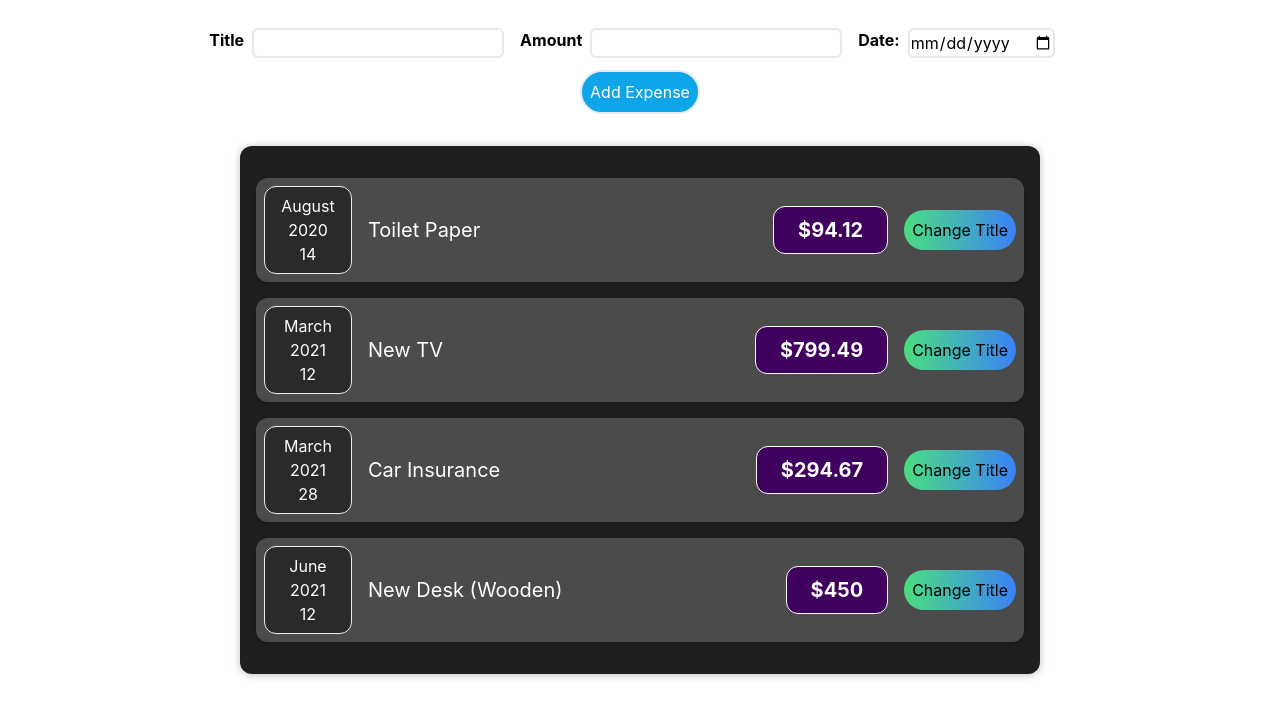
Repository: Sef24/expense-tracker
Page: /
An editor plug-in stored every save of this project. The page is shown before and after the next save, followed by the edit.
The browser window is 1280 px wide. The pictures show the whole page.
The project was rebuilt for these pictures with package versions that can differ from the ones it lists, and the page was loaded fresh each time. Also part of the build but not shown: src/components/NewExpense/NewExpense.css, src/components/NewExpense/ExpenseForm.css.

Above is the page before, as saved 2022-04-27 20:12:34.

After the next save:
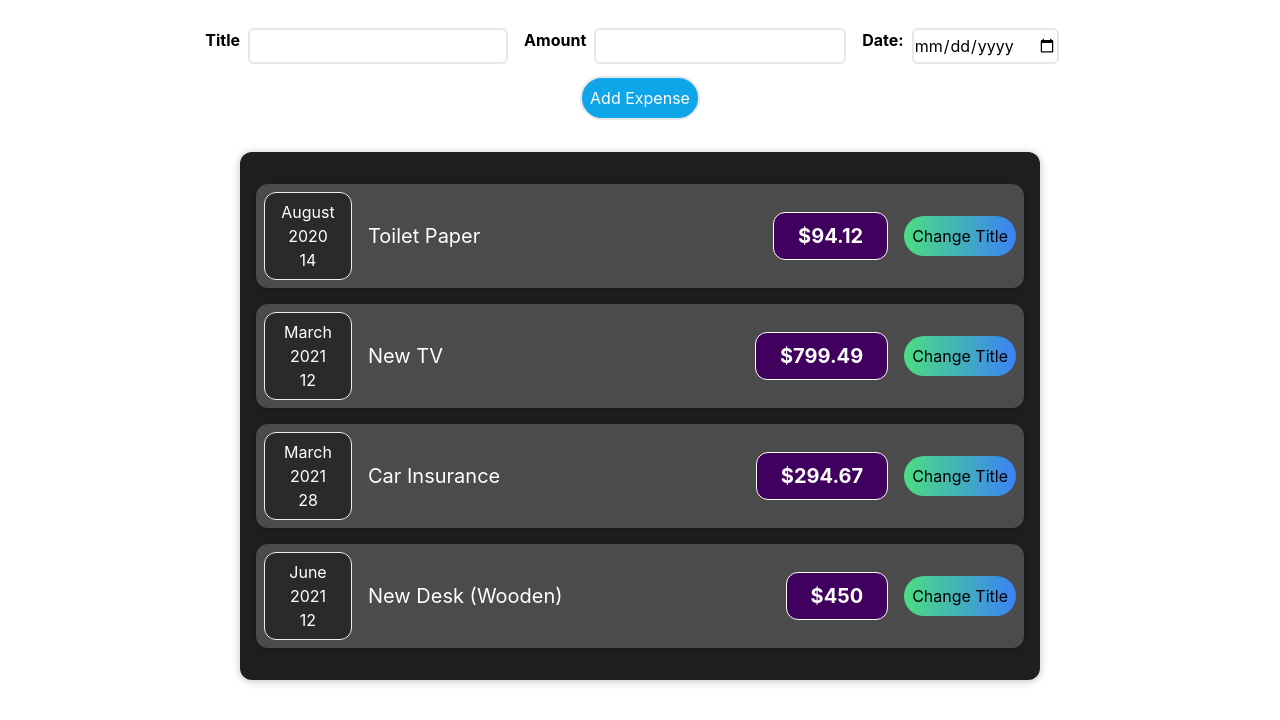
Saved 46 s later.
--- a/src/components/NewExpense/ExpenseForm.js
+++ b/src/components/NewExpense/ExpenseForm.js
@@ -37,7 +37,7 @@ function ExpenseForm(props) {
       <div className="flex justify-center pt-4 m-3">
         <div className="font-bold">Title</div>
         <input
-          className="border-2 mr-4 ml-2 rounded-md"
+          className="border-2 mr-4 ml-2 rounded-md p-1"
           type="text"
           onChange={handleTitleChange}
           value={titleHandler}
